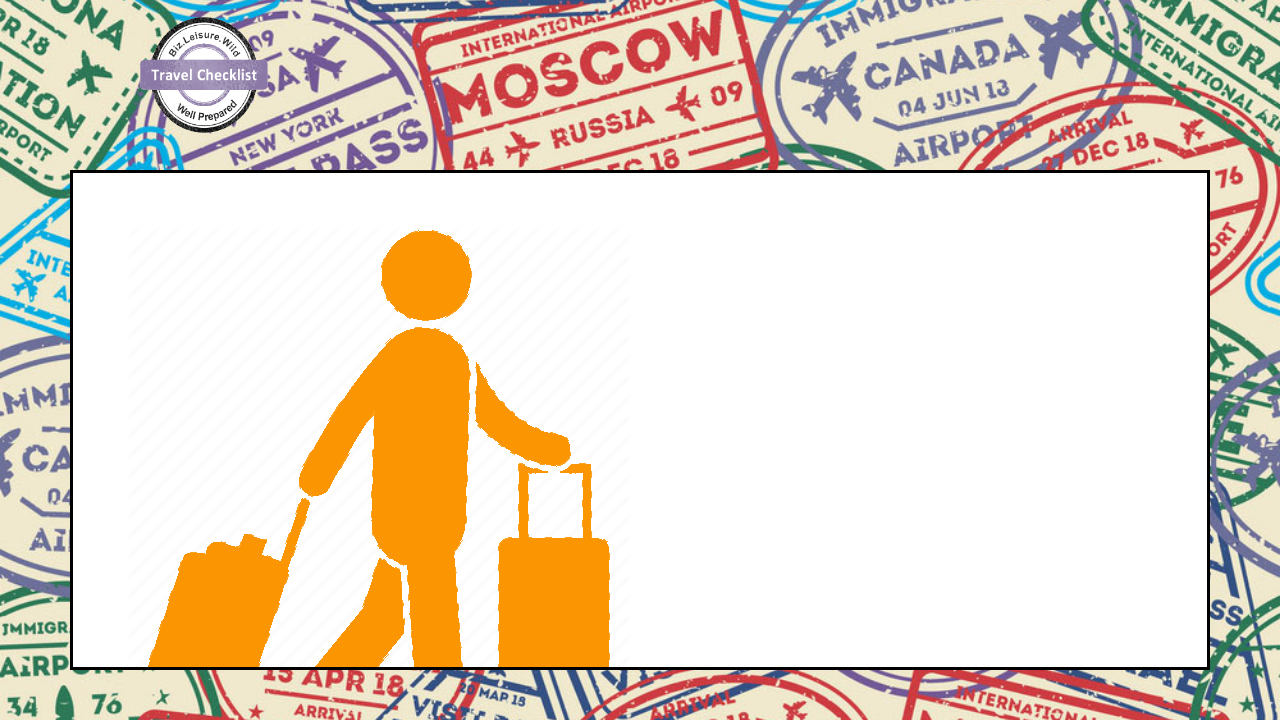
Repository: Code-Institute-Submissions/travelChecklist
Page: donepage.html
The author's editor kept a record of every edit. The page is drawn from the files as they stood at one moment, then again after the next edit.
The browser window is 1280 px wide. The pictures show the whole page.
An inner scrolling area shows only its first screen.

Above is the page before.

### donepage.html
<!DOCTYPE html>
<html lang="en">

<head>
    <meta charset="UTF-8">
    <meta name="viewport" content="width=device-width, initial-scale=1.0">
    <meta http-equiv="X-UA-Compatible" content="ie=edge">

    <link rel="stylesheet" href="https://stackpath.bootstrapcdn.com/bootstrap/4.3.1/css/bootstrap.min.css" type="text/css">
    <link rel="stylesheet" href="https://stackpath.bootstrapcdn.com/font-awesome/4.7.0/css/font-awesome.min.css" type="text/css">
    <link rel="stylesheet" href="https://cdnjs.cloudflare.com/ajax/libs/hover.css/2.3.1/css/hover-min.css" type="text/css">
    <link rel="stylesheet" href="asset/css/style.css" type="text/css">



    <title>Travel Checklist</title>
</head>

<body>
    <div class="bg-color">
    <header>

            <div class="row">
        <a href="index.html" class="col"><img src="asset/images/logo.png" alt="logo" class="logo"/></a></div>

            <div class="container">
        <div class="row col">
        <img src="asset/images/ready2go.png" alt="ready2go" class="ready2go"/>
        </div>
        <h2>Thank you for using</h2>
        <h3>You are ready to GO, Enjoy !!</h3>

    </div>
    </header>
    </div>


</body>

</html>

### asset/css/style.css
@import url('https://fonts.googleapis.com/css?family=Roboto:100,200,300,400,500,600,700|Exo:100,200,300,400,500,600,700');

body,
html {
  height: 100%;
}

.logo {
  height: 150px;
  margin-left: 10%;
}

.bg-color {
  background-image: url("../images/background.jpg");
  height: 100%;
  max-width: 100%;
  overflow: hidden;
  background-position: center;
  background-repeat: no-repeat;
  background-size: cover;
}



/*--------------------------------------------------------------Middle Container**/

.container {
  width: 100%;
  border: 3px solid black;
  background-color: white;
  padding: 50px;
  margin: 20px;
  margin-left: auto;
  margin-right: auto;
  display: block;
  overflow: scroll;
  overflow-y: scroll;
  min-height: auto;
  max-height: 500px;
  overflow-x: none;
}

/*--------------------------------------------------------------Question Button**/

.btn {
  height: 350px;
  border-color: #aaa;
}

/*--------------------------------------------------------------Question Title**/

h2 {
  text-align: center;
  font-family: Exo, sans-serif;
}

/*--------------------------------------------------------------Checklist**/

.container-checklist {
  display: block;
  position: relative;
  padding-left: 35px;
  margin-bottom: 12px;
  cursor: pointer;
  font-size: 18px;
  -webkit-user-select: none;
  -moz-user-select: none;
  -ms-user-select: none;
  user-select: none;
}

.container-checklist input {
  position: absolute;
  opacity: 0;
  cursor: pointer;
  height: 0;
  width: 0;
}

.checkmark {
  position: absolute;
  top: 0;
  left: 0;
  height: 25px;
  width: 25px;
  background-color: #eee;
}

.container-checklist:hover input ~ .checkmark {
  background-color: #ccc;
}

.container-checklist input:checked ~ .checkmark {
  background-color: #2196F3;
}

.checkmark:after {
  content: "";
  position: absolute;
  display: none;
}

.container-checklist input:checked ~ .checkmark:after {
  display: block;
}

.container-checklist .checkmark:after {
  left: 9px;
  top: 5px;
  width: 5px;
  height: 10px;
  border: solid white;
  border-width: 0 3px 3px 0;
  -webkit-transform: rotate(45deg);
  -ms-transform: rotate(45deg);
  transform: rotate(45deg);
}

/*--------------------------------------------------------------footer**/

.footerbtn {
  float: right;
  margin-right: 3px;
  padding: 15px;
  border-radius: 9px;
  background-color: #8b78a7;
  color: black;
  opacity: 0.8;
  transition: 0.3s;
  text-decoration: none;
  cursor: pointer;
}

.footerbtn:hover {opacity: 1}

/*-------------------------------------------------------------done btn**/

.donebtn {
  float: right;
  margin-right: 15%;
  padding: 15px 20px;
  border-radius: 9px;
  background-color: #8b78a7;
  color: black;
  opacity: 0.8;
  transition: 0.3s;
  text-decoration: none;
  cursor: pointer;
}

.donebtn:hover {
  opacity: 1;;
}

a {
  text-decoration: none;
}

a:hover {
  text-decoration: none;
}

/*---------------------------------------------------------------media**/
@media only screen and (max-width: 600px) {
  .container {height: 70%;}
  .logo {height: 100px;}
}

div#map {
  min-height: 350px;
  width: 50%;
  float: right;
}

.map-location {
  float: left;
}

.h3 {
  text-align: center;
  font-family: "Exo", sans-serif;
  font-weight: 250;
}

.ready2go {

}

After the next edit:
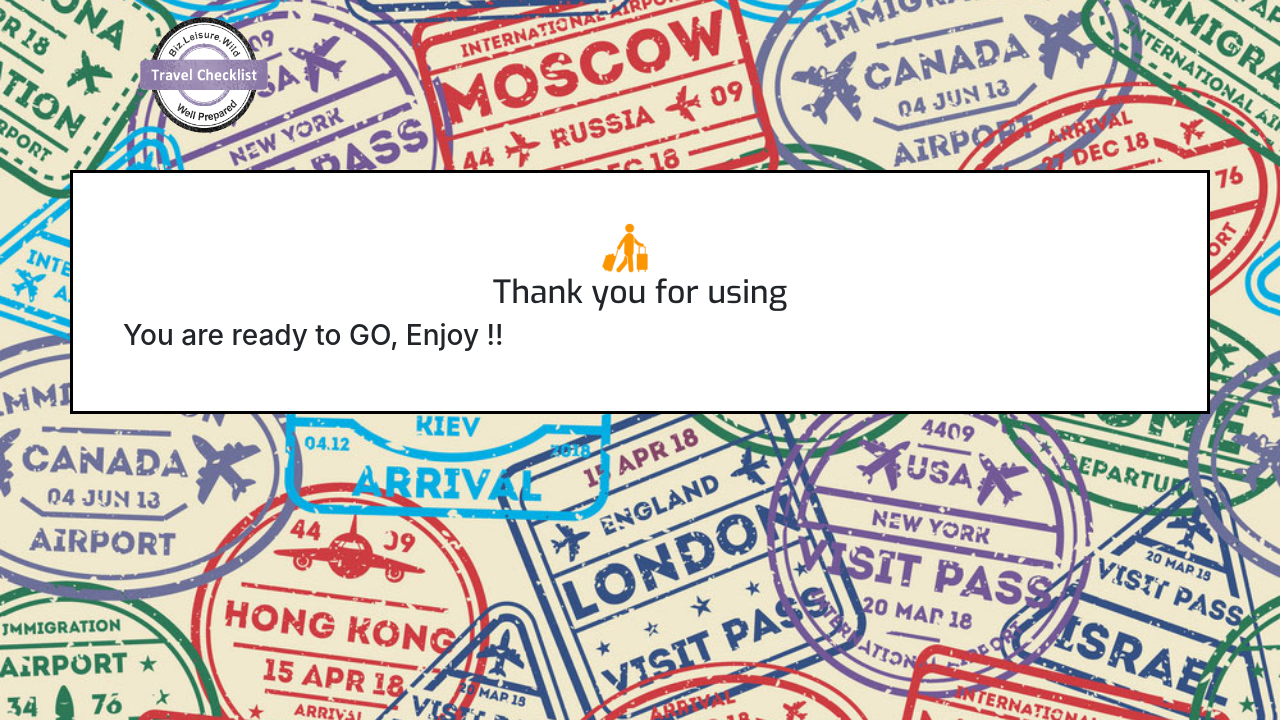
The edit:
--- a/asset/css/style.css
+++ b/asset/css/style.css
@@ -183,5 +183,8 @@
 }
 
 .ready2go {
-
+  width: 50px;
+  display: block;
+  margin-left: auto;
+  margin-right: auto;
 }
